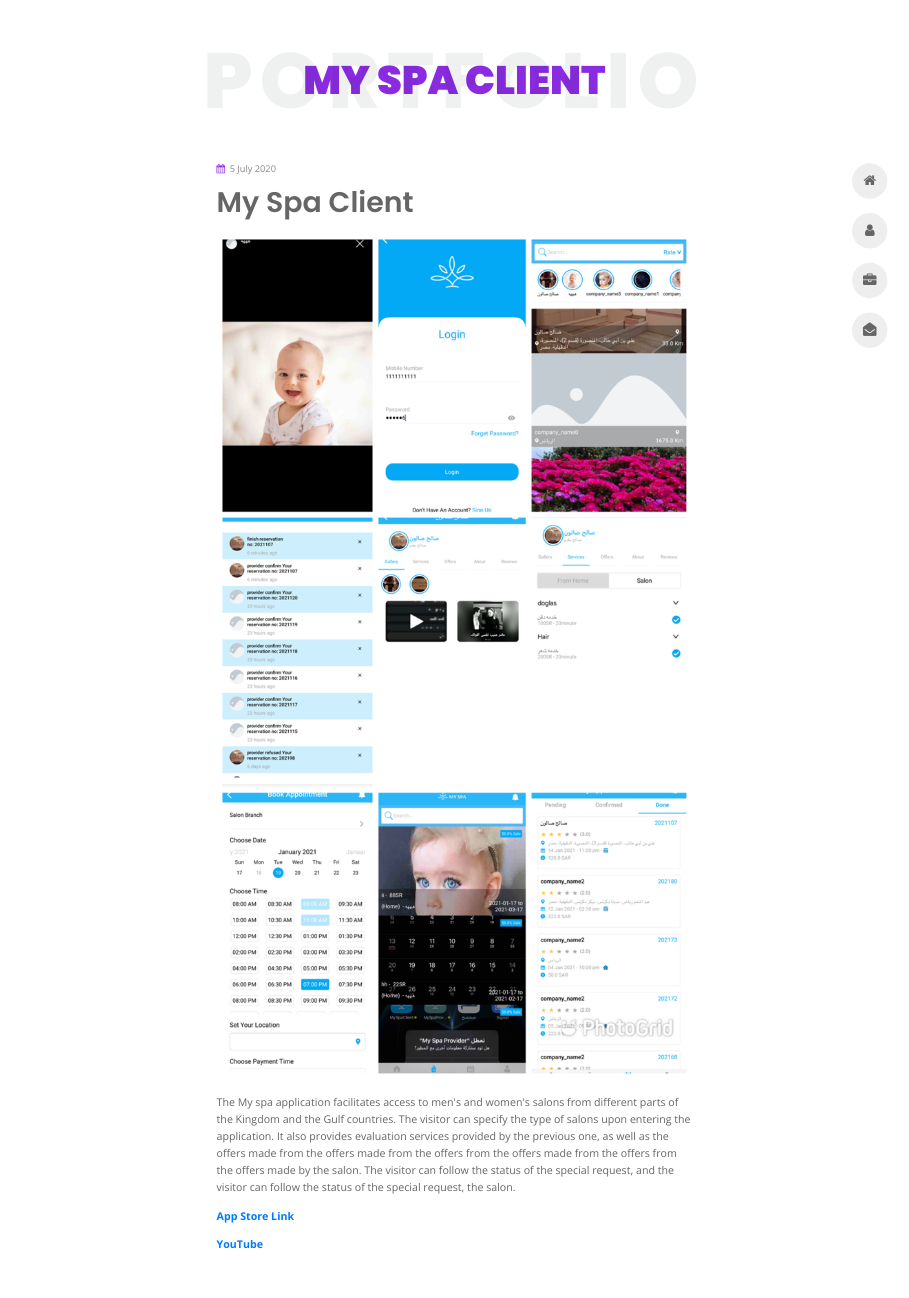
Repository: mhamdimno/mywebsite
Page: projects/collectionclient/index.html
An editor plug-in stored every save of this project. The page is shown before and after the next save, followed by the edit.
The browser window is 1280 px wide. The pictures show the whole page, at 71% of full size.

Above is the page before, as saved 2021-02-05 09:39:04.

### projects/collectionclient/index.html
<!DOCTYPE html>
<html lang="en">

<head>
    <meta charset="utf-8">
    <title>Portfoilio | My Spa Client</title>
    <meta name="viewport" content="width=device-width, initial-scale=1">

    <!-- Template Google Fonts -->
    <link href="https://fonts.googleapis.com/css?family=Poppins:400,400i,500,500i,600,600i,700,700i,800,800i,900,900i" rel="stylesheet">
    <link href="https://fonts.googleapis.com/css?family=Open+Sans:300,400,400i,600,600i,700" rel="stylesheet">

    <!-- Template CSS Files -->
    <link href="../../css/bootstrap.min.css" rel="stylesheet">
    <link href="../../css/preloader.min.css" rel="stylesheet">
    <link href="../../css/circle.css" rel="stylesheet">
    <link href="../../css/font-awesome.min.css" rel="stylesheet">
    <link href="../../css/fm.revealator.jquery.min.css" rel="stylesheet">
    <link href="../../css/style.css" rel="stylesheet">



    <!-- Modernizr JS File -->
    <script src="../../js/modernizr.custom.js"></script>
</head>

<body class="blog-post light">
<!-- Header Starts -->
<header class="header" id="navbar-collapse-toggle">
    <!-- Fixed Navigation Starts -->
    <ul class="icon-menu d-none d-lg-block revealator-slideup revealator-once revealator-delay1">
        <li class="icon-box">
            <i class="fa fa-home"></i>
            <a href="../../index.html">
                <h2>Home</h2>
            </a>
        </li>
        <li class="icon-box">
            <i class="fa fa-user"></i>
            <a href="../../about.html">
                <h2>About</h2>
            </a>
        </li>
        <li class="icon-box">
            <i class="fa fa-briefcase"></i>
            <a href="../../portfolio.html">
                <h2>Portfolio</h2>
            </a>
        </li>
        <li class="icon-box">
            <i class="fa fa-envelope-open"></i>
            <a href="../../contact.html">
                <h2>Contact</h2>
            </a>
        </li>
    </ul>
    <!-- Fixed Navigation Ends -->
    <!-- Mobile Menu Starts -->
    <nav role="navigation" class="d-block d-lg-none">
        <div id="menuToggle">
            <input type="checkbox" />
            <span></span>
            <span></span>
            <span></span>
            <ul class="list-unstyled" id="menu">
                <li><a href="../../index.html"><i class="fa fa-home"></i><span>Home</span></a></li>
                <li><a href="../../about.html"><i class="fa fa-user"></i><span>About</span></a></li>
                <li><a href="../../portfolio.html"><i class="fa fa-folder-open"></i><span>Portfolio</span></a></li>
                <li><a href="../../contact.html"><i class="fa fa-envelope-open"></i><span>Contact</span></a></li>
            </ul>
        </div>
    </nav>
    <!-- Mobile Menu Ends -->
</header>
<!-- Header Ends -->
<!-- Page Title Starts -->
<section class="title-section text-left text-sm-center revealator-slideup revealator-once revealator-delay1">
    <h1><span>My Spa Client</span></h1>
    <span class="title-bg">Portfolio</span>
</section>
<!-- Page Title Ends -->
<!-- Main Content Starts -->
<section class="main-content revealator-slideup revealator-once revealator-delay1">
    <div class="container">
        <div class="row">
            <!-- Article Starts -->
            <article class="col-12">
                <!-- Meta Starts -->
                <div class="meta open-sans-font">
                    <span class="date"><i class="fa fa-calendar"></i> 5 July 2020</span>
                    <span></span>
                </div>
                <!-- Meta Ends -->
                <!-- Article Content Starts -->
                <h1 class="text-uppercase text-capitalize">My Spa Client</h1>
                <img src="../../img/projects/myspaclient.jpg" class="img-fluid" alt="Blog image"/>
                <div class="blog-excerpt open-sans-font pb-5">
                    <p>
                        The My spa application facilitates access to men's and women's salons from different parts of the Kingdom and the Gulf countries. The visitor can specify the type of salons upon entering the application. It also provides evaluation services provided by the previous one, as well as the offers made from the offers made from the offers from the offers made from the offers from the offers made by the salon. The visitor can follow the status of the special request, and the visitor can follow the status of the special request, the salon.
                                                         </p>
                                                        </p>

                        <strong><a href="https://apps.apple.com/us/app/my-spa-client/id1551603276" target="_blank">App Store Link</a></strong>

                        <!--<div class="videoWrapper">
                            <iframe width="560" height="349" src="https://www.youtube.com/watch?v=rwyUKQitc4o&feature=youtu.be" frameborder="0" allowfullscreen></iframe>
                          </div>-->
                    </p>
                    <p>
                        <strong><a href="https://youtu.be/y4yjEz3fhpI" target="_blank">YouTube</a></strong>

                        <!--<div class="videoWrapper">
                            <iframe width="560" height="349" src="https://www.youtube.com/watch?v=rwyUKQitc4o&feature=youtu.be" frameborder="0" allowfullscreen></iframe>
                          </div>-->
                    </p>

                </div>
                <!-- Article Content Ends -->
            </article>
            <!-- Article Ends -->
        </div>
    </div>
</section>
<!-- Template JS Files -->
<script src="../../js/jquery-3.5.0.min.js"></script>
<script src="../../js/styleswitcher.js"></script>
<script src="../../js/preloader.min.js"></script>
<script src="../../js/fm.revealator.jquery.min.js"></script>
<script src="../../js/imagesloaded.pkgd.min.js"></script>
<script src="../../js/masonry.pkgd.min.js"></script>
<script src="../../js/classie.js"></script>
<script src="../../js/cbpGridGallery.js"></script>
<script src="../../js/jquery.hoverdir.js"></script>
<script src="../../js/popper.min.js"></script>
<script src="../../js/bootstrap.js"></script>
<script src="../../js/custom.js"></script>

</body>

</html>

Loaded but not shown: css/bootstrap.min.css (library); css/preloader.min.css (common file); css/font-awesome.min.css (library); css/fm.revealator.jquery.min.css (common file); js/modernizr.custom.js (library); js/jquery-3.5.0.min.js (library); js/preloader.min.js (common file); js/fm.revealator.jquery.min.js (common file); js/imagesloaded.pkgd.min.js (library); js/masonry.pkgd.min.js (library); js/jquery.hoverdir.js (library); js/popper.min.js (library); js/bootstrap.js (library); js/cbpGridGallery.js (364 lines, source omitted); js/styleswitcher.js (218 lines, source omitted); js/custom.js (142 lines, source omitted); js/classie.js (68 lines, source omitted); css/style.css (1791 lines, source omitted); css/circle.css (1054 lines, source omitted)

After the next save:
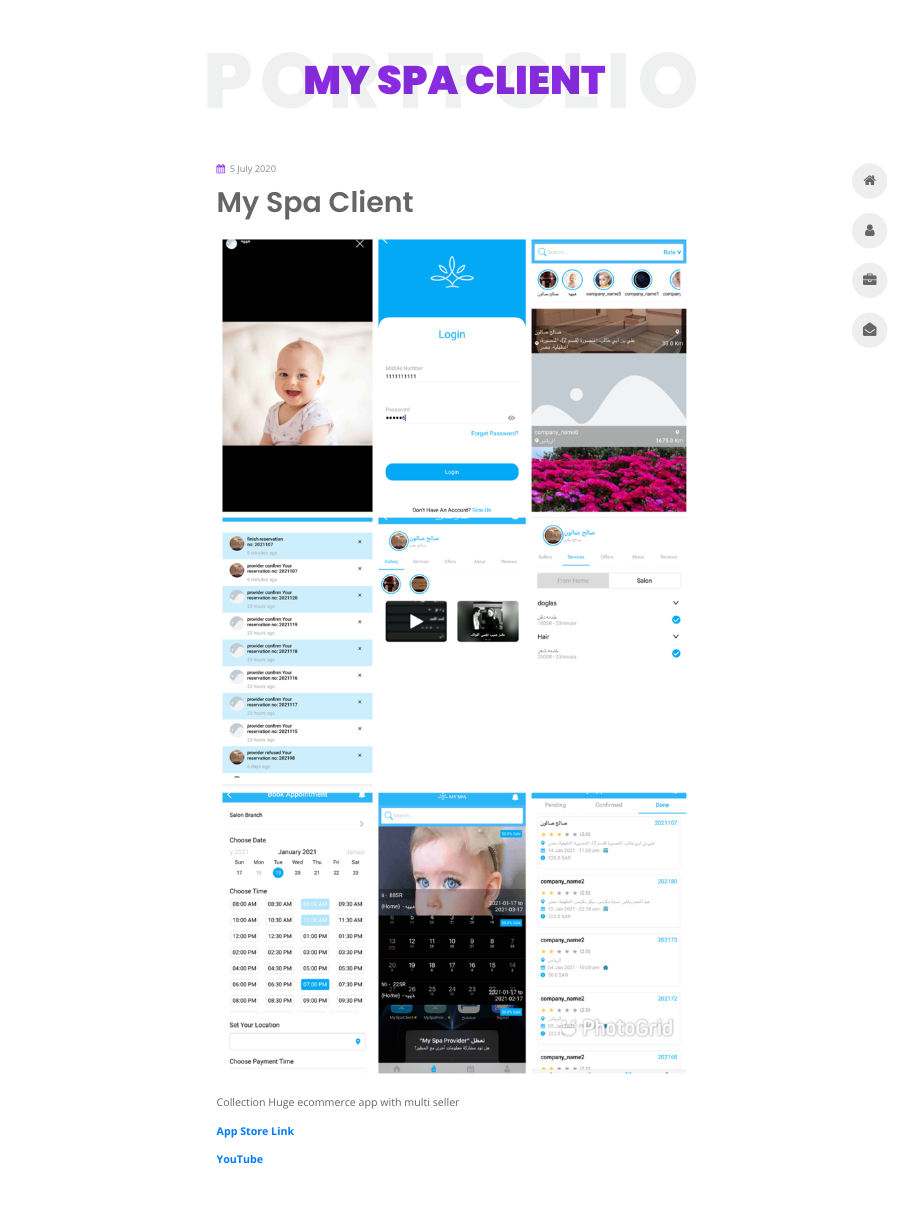
Saved 62 days later.
--- a/projects/collectionclient/index.html
+++ b/projects/collectionclient/index.html
@@ -96,8 +96,7 @@
                 <img src="../../img/projects/myspaclient.jpg" class="img-fluid" alt="Blog image"/>
                 <div class="blog-excerpt open-sans-font pb-5">
                     <p>
-                        The My spa application facilitates access to men's and women's salons from different parts of the Kingdom and the Gulf countries. The visitor can specify the type of salons upon entering the application. It also provides evaluation services provided by the previous one, as well as the offers made from the offers made from the offers from the offers made from the offers from the offers made by the salon. The visitor can follow the status of the special request, and the visitor can follow the status of the special request, the salon.
-                                                         </p>
+                        Collection Huge ecommerce app with multi seller                                                          </p>
                                                         </p>
 
                         <strong><a href="https://apps.apple.com/us/app/my-spa-client/id1551603276" target="_blank">App Store Link</a></strong>
